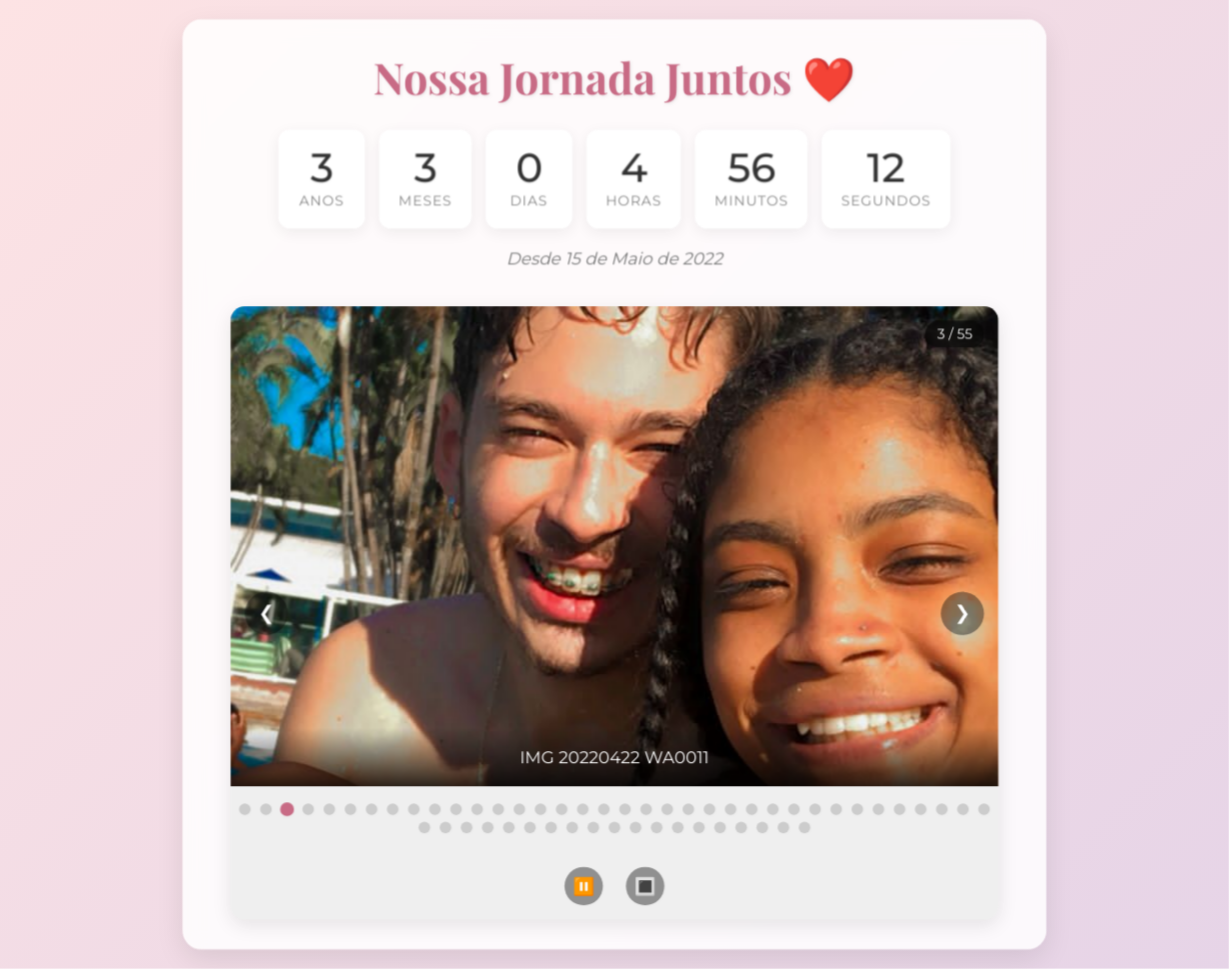
Repository: yan-luca/vic-yan
Page: index.html
These files come from the project's save history. The page is drawn as it stood at one moment and after the next save; the edit follows.
The browser window is 1280 px wide. The pictures show the whole page, at 96% of full size.

Above is the page before, as saved 2025-08-15 00:48:28.

After the next save:
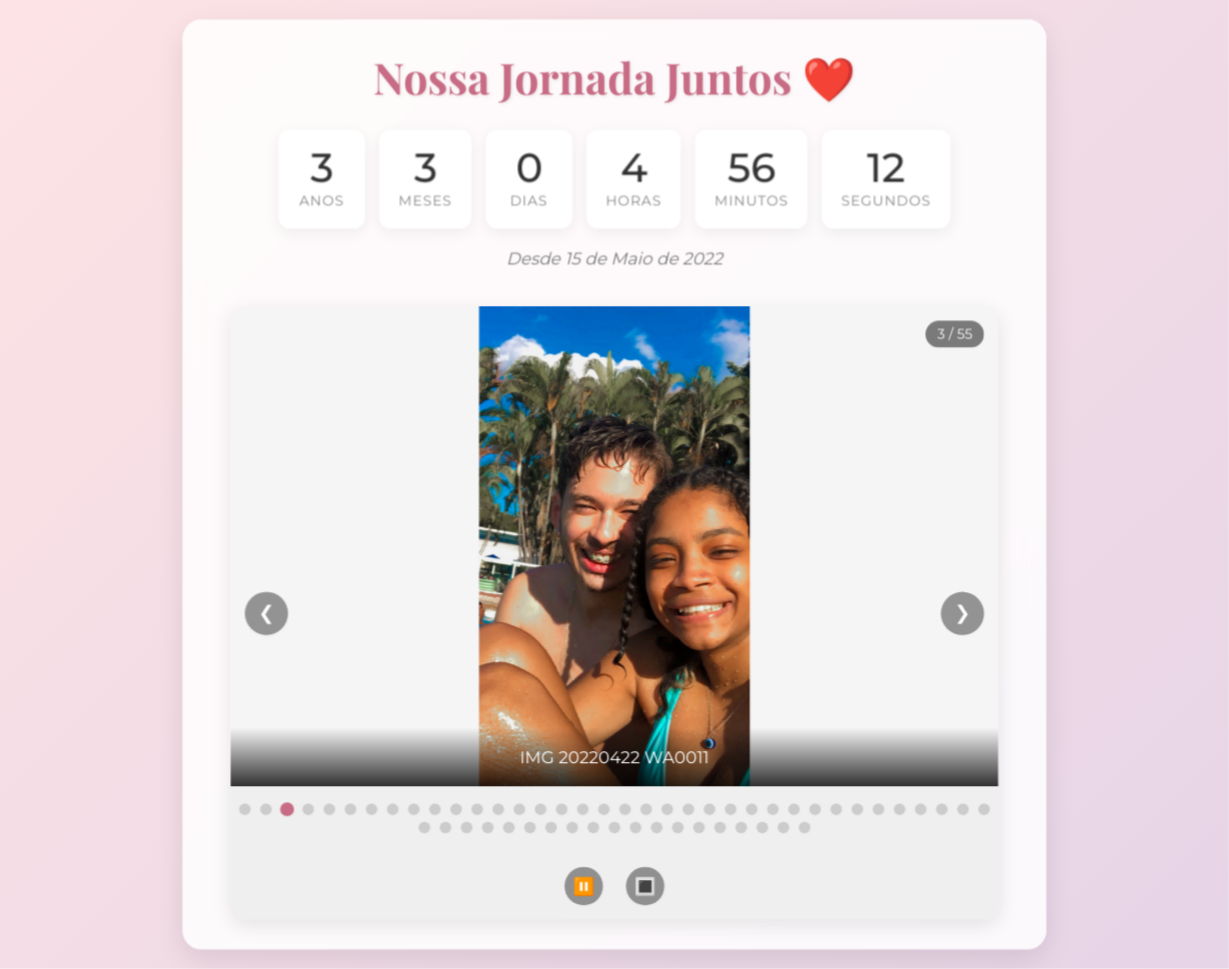
Saved 81 s later.
--- a/style.css
+++ b/style.css
@@ -147,8 +147,9 @@ main {
 .slide img {
     width: 100%;
     height: 100%;
-    object-fit: cover;
+    object-fit: contain; /* Mostra a imagem completa sem cortar */
     border-radius: 0;
+    background-color: #f5f5f5; /* Cor de fundo para espaços vazios */
 }
 
 .slide-caption {
